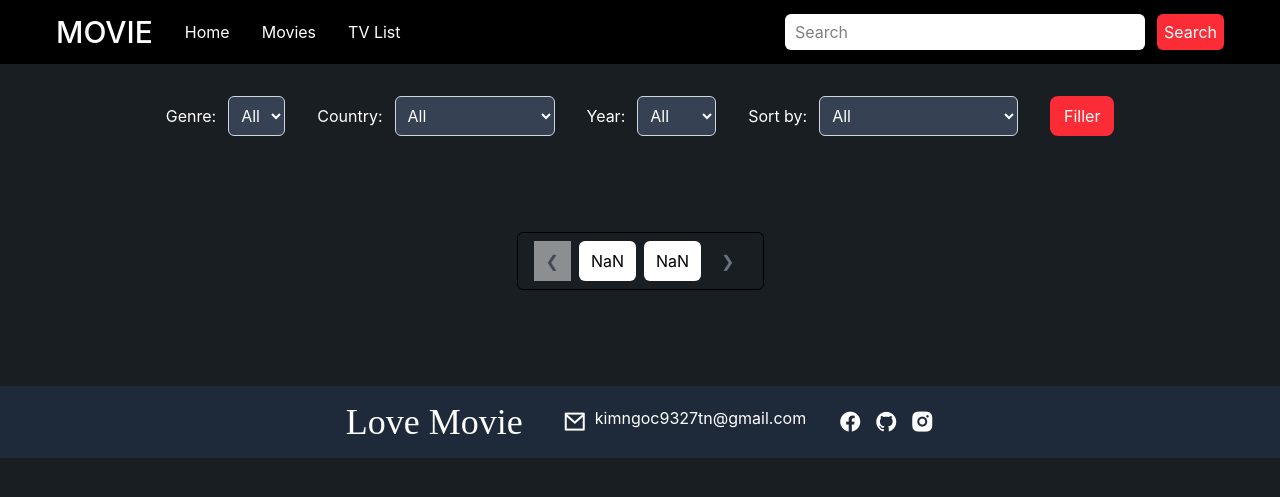
Repository: kimngoc9327/Love_Movie_Project
Page: /search
The author's editor kept a copy of each file at every save. The page is drawn from the files as they stood at one save, then again after the next save.
The browser window is 1280 px wide. The pictures show the whole page.
The page's requests for data from a server got no answer. The project was rebuilt for these pictures with package versions that can differ from the ones it lists, and the page was loaded fresh each time. No one was signed in, and anything a server would have sent is missing. Also part of the build but not shown: vite.config.js, src/components/ui/VoteAverage.jsx, src/components/ui/MovieCard.jsx, src/components/ui/MovieList.jsx, src/components/ui/Banner.jsx, src/pages/Home.jsx, src/pages/MovieCategory.jsx, src/components/ui/PlayTrailerButton.jsx and 6 more.

Above is the page before, as saved 2025-03-29 18:26:42.

### index.html
<!DOCTYPE html>
<html lang="en">
  <head>
    <meta charset="UTF-8" />
    <link rel="icon" type="image/svg+xml" href="/love-movie-logo.ico" />
    <meta name="viewport" content="width=device-width, initial-scale=1.0" />
    <title>Love Movie</title>
  </head>
  <body>
    <div id="root"></div>
    <script type="module" src="/src/main.jsx"></script>
  </body>
</html>

### src/main.jsx
import { createRoot } from "react-dom/client";
import "./index.css";
import App from "./App.jsx";
import { store } from "./redux/store";
import { Provider } from "react-redux";
import { BrowserRouter } from "react-router-dom";

createRoot(document.getElementById("root")).render(
  <BrowserRouter>
    <Provider store={store}>
      <App />
    </Provider>
  </BrowserRouter>
);

### src/index.css
@import "tailwindcss";
@import "remixicon/fonts/remixicon.css";

:root {
  font-family: Inter, system-ui, Avenir, Helvetica, Arial, sans-serif;
  background-color: #171c20fc;
}

/* a {
  font-weight: 500;
  color: #646cff;
  text-decoration: inherit;
}
a:hover {
  color: #535bf2;
}

body {
  margin: 0;
  display: flex;
  place-items: center;
  min-width: 320px;
  min-height: 100vh;
}

h1 {
  font-size: 3.2em;
  line-height: 1.1;
}

button {
  border-radius: 8px;
  border: 1px solid transparent;
  padding: 0.6em 1.2em;
  font-size: 1em;
  font-weight: 500;
  font-family: inherit;
  background-color: #1a1a1a;
  cursor: pointer;
  transition: border-color 0.25s;
}
button:hover {
  border-color: #646cff;
}
button:focus,
button:focus-visible {
  outline: 4px auto -webkit-focus-ring-color;
}

@media (prefers-color-scheme: light) {
  :root {
    color: #213547;
    background-color: #ffffff;
  }
  a:hover {
    color: #747bff;
  }
  button {
    background-color: #f9f9f9;
  }
} */

### src/App.jsx
import { Route, Routes } from "react-router-dom";
import publicRoutes from "./routes";
import DefaultLayout from "./components/layout/DefaultLayout";
import { Fragment } from "react";
function App() {
  return (
    <>
      <Routes>
        {publicRoutes.map((route, index) => {
          const Page = route.component;
          let Layout = DefaultLayout;
          if (route.layout) {
            Layout = route.layout;
          } else if (route.layout === null) {
            Layout = Fragment;
          }
          return (
            <Route
              key={index}
              path={route.path}
              element={
                <Layout>
                  <Page />
                </Layout>
              }
            />
          );
        })}
      </Routes>
    </>
  );
}

export default App;

### src/redux/store.jsx
import { createStore, applyMiddleware } from "redux";
import { rootReducer } from "./rootReducer";
import { thunk } from "redux-thunk";

const store = createStore(rootReducer, applyMiddleware(thunk));

export { store };

### src/routes/index.jsx
import DefaultLayout from "../components/layout/DefaultLayout";
import Home from "../pages/Home";
import MovieCategory from "../pages/MovieCategory";
import Movie from "../pages/Movie";
import MovieGenre from "../pages/MovieGenre";
import SearchMovie from "../pages/SearchMovie";
// import SearchMovie from "../pages/SearchMovie";

const publicRoutes = [
  { path: "/", component: Home, layout: DefaultLayout },
  { path: "/genre", component: MovieGenre, layout: DefaultLayout },
  { path: "/movieCategory", component: MovieCategory, layout: DefaultLayout },
  { path: "/movie", component: Movie, layout: DefaultLayout },
  { path: "/search", component: SearchMovie, layout: DefaultLayout },
];

export default publicRoutes;

### src/components/layout/DefaultLayout.jsx
import Header from "./Header";
import Footer from "./Footer";
import PropTypes from "prop-types";

function DefaultLayout({ children }) {
  return (
    <div>
      <Header />
      <div>{children}</div>
      <Footer />
    </div>
  );
}

DefaultLayout.propTypes = {
  children: PropTypes.any,
};

export default DefaultLayout;

### src/redux/rootReducer.jsx
import { combineReducers } from "redux";
import movieReducer from "./reducer/movieReducer";

export const rootReducer = combineReducers({
  movieReducer,
});

### src/pages/SearchMovie.jsx
import { useEffect, useState } from "react";
import { useDispatch, useSelector } from "react-redux";
import { useLocation, useNavigate } from "react-router-dom";
import { searchMovie } from "../redux/actions/movieActions";
import MovieCard from "../components/ui/MovieCard";
import { POSTER_PATH } from "../constants/constants";
import PaginationButton from "../components/ui/PaginationButton";
import MovieFilterBar from "../components/ui/MovieFilterBar";

function SearchMovie() {
  const dispatch = useDispatch();
  const location = useLocation();
  const navigate = useNavigate();

  const queryParams = new URLSearchParams(location.search);
  const query = queryParams.get("query");
  const movies = useSelector((state) => state.movieReducer.search);
  const [page, setPage] = useState(1);

  useEffect(() => {
    if (query) {
      const params = {
        page: page,
        query: query,
      };
      dispatch(searchMovie(params));
    }
  }, [dispatch, query, page]);

  useEffect(() => {
    console.log(movies);
  });

  const totalPages = movies?.total_pages;

  const handleSelectMovie = (id) => {
    navigate(`/movie?id=${id}`);
  };

  return (
    <div className="flex flex-col items-center  m-24 ">
      <MovieFilterBar />

      <div className="grid grid-cols-4 gap-8  my-12">
        {movies?.results
          ?.filter((movie) => movie.title && movie.poster_path)
          .map((movie) => (
            <div onClick={() => handleSelectMovie(movie?.id)} key={movie.id}>
              <MovieCard
                title={movie?.title}
                poster={POSTER_PATH + movie?.poster_path}
                vote={Number(movie?.vote_average.toFixed(2))}
              />
            </div>
          ))}
      </div>
      <PaginationButton
        currentPage={page}
        onPageChange={setPage}
        totalPages={totalPages}
      />
    </div>
  );
}

export default SearchMovie;

### src/components/layout/Header.jsx
import { Link } from "react-router-dom";
import MovieDropdown from "../ui/MovieDropdown";
import SearchInput from "../ui/SearchInput";

const Header = () => {
  return (
    <div className="flex fixed z-50 w-screen top-0 items-center text-white p-[24px] h-[64px] bg-black">
      <div className="flex space-x-8 items-center ml-8">
        <Link to="/">
          <p className="hover:text-red-500 font-medium text-3xl">MOVIE</p>
        </Link>
        <Link to="/">
          <p className="hover:text-red-500 text-base">Home</p>
        </Link>
        <MovieDropdown />
        <p className="hover:text-red-500  text-base">TV List</p>
      </div>
      <SearchInput />
    </div>
  );
};

export default Header;

### src/components/layout/Footer.jsx
function Footer() {
  return (
    <div className="flex space-x-10 mt-12 p-4 items-center justify-center text-white bg-gray-800">
      <p className="font-[fantasy] text-4xl ">Love Movie</p>
      <div className="flex space-x-8">
        <div className="space-y-3">
          <div className="flex space-x-2">
            <i className="ri-mail-line text-2xl"></i>{" "}
            <p>kimngoc9327tn@gmail.com</p>
          </div>
        </div>
        <div className="flex space-x-3">
          <i className="ri-facebook-circle-fill  text-2xl"></i>
          <i className="ri-github-fill  text-2xl"></i>
          <i className="ri-instagram-fill  text-2xl"></i>
        </div>
      </div>
    </div>
  );
}

export default Footer;

### src/redux/reducer/movieReducer.jsx
import {
  GET_GENRE_MOVIE,
  GET_MOVIE,
  GET_MOVIE_COLLECTION,
  GET_MOVIE_DISCOVER,
  GET_MOVIES,
  SEARCH_MOVIE,
} from "../types";

const initialState = {
  movies: {},
  genres: {},
  search: {},
  collection: null,
  currentMovie: null,
};

const movieReducer = (state = initialState, action) => {
  switch (action.type) {
    case GET_MOVIES:
      return {
        ...state,
        movies: { ...state.movies, [action.category]: action.payload },
      };
    case GET_MOVIE_DISCOVER:
      return { ...state, movies: action.payload };
    case GET_MOVIE_COLLECTION:
      return { ...state, collection: action.payload };
    case GET_GENRE_MOVIE:
      return { ...state, genres: action.payload };
    case SEARCH_MOVIE:
      return { ...state, search: action.payload };
    case GET_MOVIE:
      return { ...state, currentMovie: action.payload };
    default:
      return state;
  }
};

export default movieReducer;

### src/redux/actions/movieActions.jsx
import axios from "axios";
import {
  GET_MOVIES,
  GET_MOVIE,
  GET_MOVIE_DISCOVER,
  GET_GENRE_MOVIE,
  GET_MOVIE_COLLECTION,
  SEARCH_MOVIE,
} from "../types";
import { AUTH_TOKEN, BASE_URL } from "../../constants/constants";

const getMovies =
  (category, params = {}) =>
  async (dispatch) => {
    try {
      const response = await axios.get(`${BASE_URL}/movie/${category}`, {
        headers: {
          Authorization: `Bearer ${AUTH_TOKEN}`,
        },
        params: {
          ...params,
        },
      });

      dispatch({ type: GET_MOVIES, payload: response.data, category });
    } catch (error) {
      console.error(error);
    }
  };

const getMovieDiscover =
  (params = {}) =>
  async (dispatch) => {
    try {
      const response = await axios.get(`${BASE_URL}/discover/movie`, {
        headers: {
          Authorization: `Bearer ${import.meta.env.VITE_API_TOKEN}`,
        },
        params: {
          ...params,
        },
      });

      dispatch({ type: GET_MOVIE_DISCOVER, payload: response.data });
    } catch (error) {
      console.log(error);
    }
  };

const getGenreMovie = () => async (dispatch) => {
  try {
    const response = await axios.get(`${BASE_URL}/genre/movie/list`, {
      headers: {
        Authorization: `Bearer ${AUTH_TOKEN}`,
      },
    });

    dispatch({ type: GET_GENRE_MOVIE, payload: response.data });
  } catch (error) {
    console.log(error);
  }
};

const getMovieCollection = (id) => async (dispatch) => {
  try {
    const response = await axios.get(`${BASE_URL}/collection/${id}`, {
      headers: {
        Authorization: `Bearer ${AUTH_TOKEN}`,
      },
    });
    dispatch({ type: GET_MOVIE_COLLECTION, payload: response.data });
  } catch (error) {
    console.log(error);
  }
};

const searchMovie =
  (params = {}) =>
  async (dispatch) => {
    try {
      const response = await axios.get(`${BASE_URL}/search/movie`, {
        headers: {
          Authorization: `Bearer ${AUTH_TOKEN}`,
        },
        params: {
          ...params,
        },
      });

      dispatch({ type: SEARCH_MOVIE, payload: response.data });
    } catch (error) {
      console.log(error);
    }
  };

const getMovie = (id) => async (dispatch) => {
  try {
    const response = await axios.get(`${BASE_URL}/movie/${id}`, {
      headers: {
        Authorization: `Bearer ${AUTH_TOKEN}`,
      },
      params: {
        append_to_response: "videos,translations,casts",
        language: "en-US",
      },
    });

    dispatch({ type: GET_MOVIE, payload: response.data });
  } catch (error) {
    console.log(error);
  }
};

export {
  getMovies,
  getMovie,
  getMovieDiscover,
  getGenreMovie,
  getMovieCollection,
  searchMovie,
};

### src/constants/constants.jsx
export const API_KEY = import.meta.env.VITE_API_KEY;
export const AUTH_TOKEN = import.meta.env.VITE_API_TOKEN;
export const DEFAULT_IMAGE =
  "https://www.themoviedb.org/assets/2/v4/glyphicons/basic/glyphicons-basic-38-picture-grey-c2ebdbb057f2a7614185931650f8cee23fa137b93812ccb132b9df511df1cfac.svg";
export const POSTER_PATH = `https://image.tmdb.org/t/p/w500`;
export const BACKDROP_PATH = `https://image.tmdb.org/t/p/original`;
export const BASE_URL = `https://api.themoviedb.org/3`;

### src/components/ui/PaginationButton.jsx
import PropTypes from "prop-types";

const PaginationButton = ({ currentPage, totalPages, onPageChange }) => {
  const getPageNumbers = () => {
    const pages = [];
    const maxPages = Math.min(totalPages, 500);

    if (maxPages <= 6) {
      for (let i = 1; i <= maxPages; i++) pages.push(i);
    } else {
      if (currentPage > 1) pages.push(1, "...");

      if (currentPage < maxPages - 1) {
        pages.push(currentPage);
        if (currentPage + 1 <= maxPages) pages.push(currentPage + 1);
        if (currentPage + 2 <= maxPages) pages.push(currentPage + 2);
      }

      if (currentPage < maxPages - 2) pages.push("...");

      pages.push(maxPages - 1, maxPages);
    }

    return pages;
  };

  return (
    <div className="flex items-center space-x-2 border rounded-md px-4 py-2">
      <button
        className={`px-3 py-2 bg-white text-gray-500 hover:cursor-pointer ${
          currentPage === 1
            ? "opacity-50 cursor-not-allowed"
            : "hover:bg-gray-200"
        }`}
        disabled={currentPage === 1}
        onClick={() => onPageChange(currentPage - 1)}
      >
        ❮
      </button>

      {getPageNumbers().map((page, index) =>
        page === "..." ? (
          <span key={index} className="px-3 py-2 text-gray-500 ">
            ...
          </span>
        ) : (
          <button
            key={index}
            className={`px-3 py-2 bg-white rounded-md hover:cursor-pointer ${
              currentPage === page
                ? "!bg-indigo-600 text-white"
                : "hover:bg-gray-200"
            }`}
            onClick={() => onPageChange(page)}
          >
            {page}
          </button>
        )
      )}

      <button
        className={`px-3 py-2 text-gray-500 hover:cursor-pointer ${
          currentPage === totalPages
            ? "opacity-50 cursor-not-allowed"
            : "hover:bg-gray-200"
        }`}
        disabled={currentPage === totalPages}
        onClick={() => onPageChange(currentPage + 1)}
      >
        ❯
      </button>
    </div>
  );
};

PaginationButton.propTypes = {
  currentPage: PropTypes.any,
  onPageChange: PropTypes.any,
  totalPages: PropTypes.any,
};

export default PaginationButton;

### src/components/ui/MovieFilterBar.jsx
import { useEffect } from "react";
import { useDispatch, useSelector } from "react-redux";
import { getGenreMovie } from "../../redux/actions/movieActions";

function MovieFilterBar() {
  const countries = [
    {
      name: "Vietnam",
      iso_3166_1: "VN",
    },
    {
      name: "South Korea",
      iso_3166_1: "KR",
    },
    {
      name: "China",
      iso_3166_1: "CN",
    },
    {
      name: "Japan",
      iso_3166_1: "JP",
    },
    {
      name: "Taiwan",
      iso_3166_1: "TW",
    },
    {
      name: "Hong Kong",
      iso_3166_1: "HK",
    },
    {
      name: "Thailand",
      iso_3166_1: "TH",
    },
    {
      name: "Indonesia",
      iso_3166_1: "ID",
    },
    {
      name: "United Kingdom",
      iso_3166_1: "GB",
    },
    {
      name: "United States",
      iso_3166_1: "US",
    },
    {
      name: "France",
      iso_3166_1: "FR",
    },
    {
      name: "India",
      iso_3166_1: "IN",
    },
  ];

  const sort_by = [
    { type: "popularity.asc", name: "Least Popular" },
    { type: "popularity.desc", name: "Most Popular" },
    { type: "primary_release_date.asc", name: "Oldest Release Date" },
    { type: "primary_release_date.desc", name: "Newest Release Date" },
    { type: "title.asc", name: "Title (A-Z)" },
    { type: "title.desc", name: "Title (Z-A)" },
    { type: "vote_average.asc", name: "Lowest Rating" },
    { type: "vote_average.desc", name: "Highest Rating" },
    { type: "vote_count.asc", name: "Fewest Votes" },
    { type: "vote_count.desc", name: "Most Votes" },
  ];

  const startYear = 1975;
  const endYear = 2025;
  const years = Array.from(
    { length: endYear - startYear + 1 },
    (_, i) => startYear + i
  );

  const dispatch = useDispatch();
  const genres = useSelector((state) => state.movieReducer.genres);

  useEffect(() => {
    dispatch(getGenreMovie());
  }, [dispatch]);
  return (
    <div className="flex space-x-8 justify-center text-white w-full">
      <div className="flex space-x-3 items-center">
        <label>Genre:</label>
        <select className="border bg-gray-700 border-gray-300 rounded-md p-2">
          <option className="bg-black" value="All">
            All
          </option>
          {genres?.genres?.map((genre, index) => (
            <option className="bg-black" key={index}>
              {" "}
              {genre.name}{" "}
            </option>
          ))}
        </select>
      </div>

      <div className="flex space-x-3 items-center">
        <label>Country:</label>
        <select
          name=""
          id=""
          className="border bg-gray-700 border-gray-300 rounded-md p-2"
        >
          <option className="bg-black" value="All">
            All
          </option>
          {countries.map((country, index) => (
            <option className="bg-black" key={index} value={country.iso_3166_1}>
              {country.name}
            </option>
          ))}
        </select>
      </div>

      <div className="flex space-x-3 items-center">
        <label htmlFor="">Year:</label>
        <select className="border bg-gray-700 border-gray-300 rounded-md p-2">
          <option className="bg-black" value="All">
            All
          </option>
          {years.map((year, index) => (
            <option className="bg-black" key={index} value={year}>
              {year}
            </option>
          ))}
        </select>
      </div>

      <div className="flex space-x-3 items-center">
        <label>Sort by:</label>
        <select className="border bg-gray-700 border-gray-300 rounded-md p-2">
          <option className="bg-black" value="All">
            All
          </option>
          {sort_by.map((sort, index) => (
            <option className="bg-black" key={index} value={sort.type}>
              {sort.name}
            </option>
          ))}
        </select>
      </div>

      <button className="px-2 bg-red-500 w-16 rounded-lg">Filler</button>
    </div>
  );
}

export default MovieFilterBar;

### src/components/ui/MovieDropdown.jsx
import { Menu, MenuButton, MenuItem, MenuItems } from "@headlessui/react";
import { useEffect, useState } from "react";
import { useDispatch, useSelector } from "react-redux";
import {
  getGenreMovie,
  getMovieDiscover,
} from "../../redux/actions/movieActions";
import { useNavigate } from "react-router-dom";

function MovieDropdown() {
  const [isOpen, setIsOpen] = useState(false);
  const dispatch = useDispatch();
  const navigate = useNavigate();
  const genres = useSelector((state) => state.movieReducer.genres);

  useEffect(() => {
    dispatch(getGenreMovie());
  }, [dispatch]);

  const handleGenreSelect = (genreId) => {
    dispatch(getMovieDiscover(genreId));
    navigate(`/genre?genre=${genreId}`);
    setIsOpen(false);
  };

  return (
    <div className="relative" onMouseUp={() => setIsOpen(true)}>
      <Menu>
        <MenuButton className="hover:text-red-500 text-base">Movies</MenuButton>
        {isOpen && (
          <MenuItems className="grid grid-cols-3 gap-4 absolute left-0 mt-2 w-150 p-2 origin-top-right rounded-md bg-black ring-1 z-40 focus:outline-none">
            {genres?.genres?.map((genre) => (
              <MenuItem
                id={genre.id}
                key={genre.id}
                as="div"
                className="px-4 py-2 text-white hover:bg-gray-700 cursor-pointer"
                onClick={() => handleGenreSelect(genre.id)}
              >
                {genre.name}
              </MenuItem>
            ))}
          </MenuItems>
        )}
      </Menu>
    </div>
  );
}

export default MovieDropdown;

### src/redux/types.jsx
export const GET_MOVIES = "GET_MOVIES";
export const GET_MOVIE = "GET_MOVIE";
export const GET_GENRE_MOVIE = "GET_GENRE_MOVIE";
export const GET_MOVIE_DISCOVER = "GET_MOVIE_DISCOVER";
export const GET_MOVIE_COLLECTION = "GET_MOVIE_COLLECTION";
export const SEARCH_MOVIE = "SEARCH_MOVIE";

Loaded but not shown: src/components/ui/SearchInput.jsx (210 lines, source omitted)

After the next save:
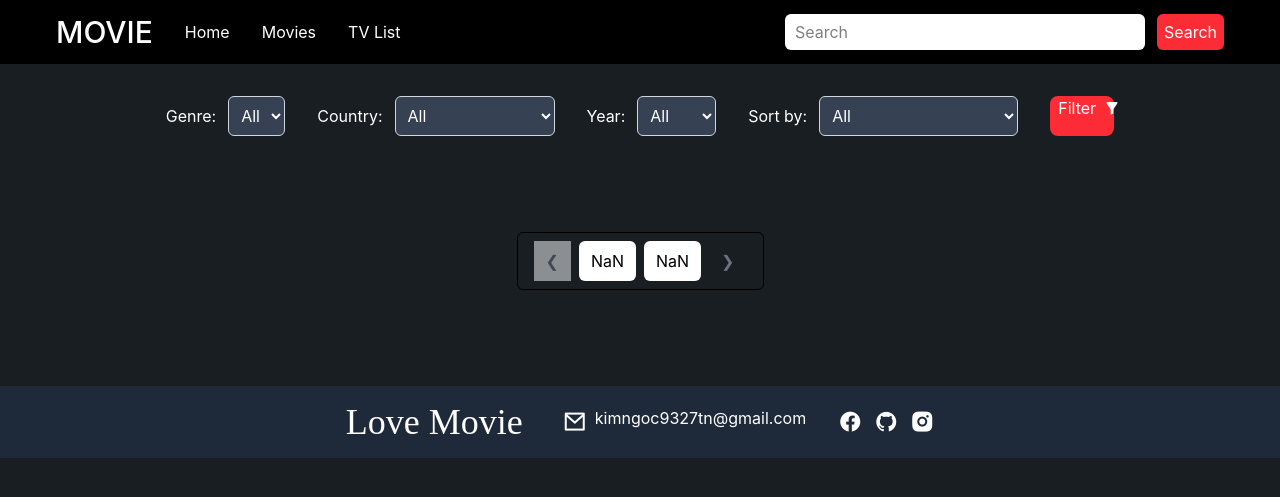
Saved 87 s later.
--- a/src/components/ui/MovieFilterBar.jsx
+++ b/src/components/ui/MovieFilterBar.jsx
@@ -143,7 +143,9 @@ function MovieFilterBar() {
         </select>
       </div>
 
-      <button className="px-2 bg-red-500 w-16 rounded-lg">Filler</button>
+      <div className="flex space-x-2 px-2 bg-red-500 w-16 rounded-lg">
+        <p>Filter</p> <i className="ri-filter-2-fill"></i>
+      </div>
     </div>
   );
 }
